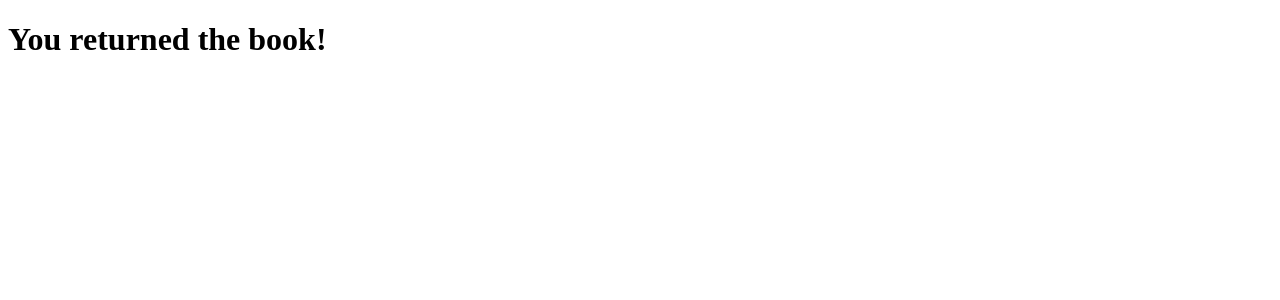
Repository: sd-2019-30238/assignment-1-AlexandraCzako97
Page: http://localhost/Assignment_2/Return.jsp
These files come from the project's save history. The page is drawn as it stood at one moment and after the next save; the edit follows.
The browser window is 1280 px wide. The pictures show the whole page.
The page is served by Tomcat 9. Other server files are loaded and not shown.

Above is the page before, as saved 2019-05-21 08:58:42.

### Assignment_3_PS/Assignment_2/WebContent/Return.jsp
<%@ page language="java" contentType="text/html; charset=ISO-8859-1"
    pageEncoding="ISO-8859-1"%>
<!DOCTYPE html>
<html>
<head>
<meta charset="ISO-8859-1">
<title>Insert title here</title>
</head>
<body>
<h1>You returned the book!</h1>
</body>
</html>

After the next save:
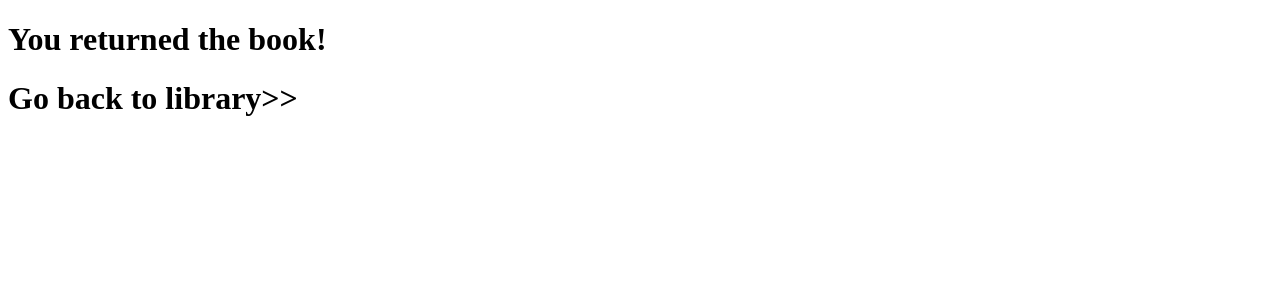
Saved 104 s later.
--- a/Assignment_3_PS/Assignment_2/WebContent/Return.jsp
+++ b/Assignment_3_PS/Assignment_2/WebContent/Return.jsp
@@ -8,5 +8,6 @@
 </head>
 <body>
 <h1>You returned the book!</h1>
+<h1>Go back to library>></h1>
 </body>
 </html>
